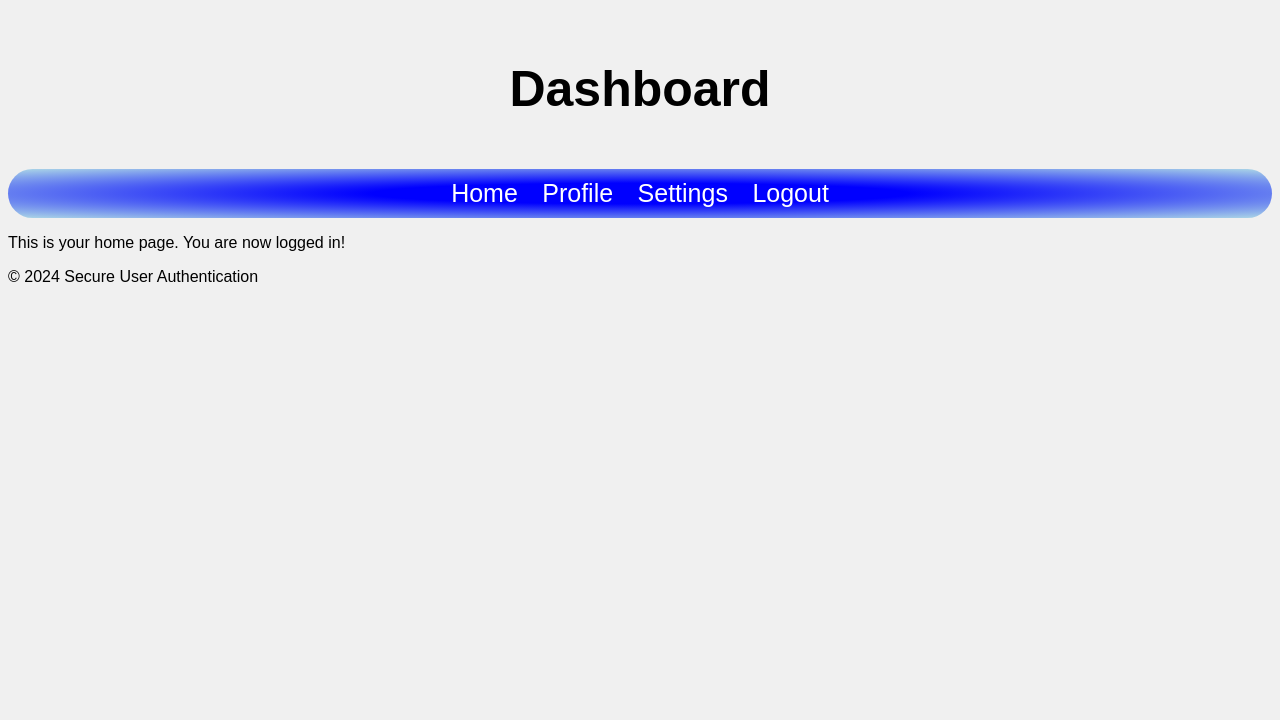
Repository: SriramulaNamithaReddy/Internship_projects
Page: http://localhost/home
These files come from the project's save history. The page is drawn as it stood at one moment and after the next save; the edit follows.
The browser window is 1280 px wide. The pictures show the whole page.
The page is this project's Thymeleaf template; nobody is signed in. The template is opened directly, without the code that normally fills it, so the values that code supplies are empty.

Above is the page before, as saved 2024-10-12 07:30:25.

### SecureUserAuthentication/src/main/resources/templates/home.html
<!DOCTYPE html>
<html xmlns:th="http://www.thymeleaf.org">
<head>
    <meta charset="UTF-8">
    <title>Home Page</title>
    <style>
        body { font-family: Arial, sans-serif; background-color: #f0f0f0; }
        .container { width: 400px; margin: 100px auto; padding: 20px; background: white; border-radius: 8px; text-align: center; box-shadow: 0 0 10px rgba(0, 0, 0, 0.1); }
        button { padding: 10px 20px; background: #4CAF50; color: white; border: none; cursor: pointer; }
        button:hover { background: #45a049; }
        a {
			text-decoration: none;
			color: rgb(255, 255, 255);
		}
        a:hover {
			color: aqua;

			}
        .navbar{
			text-align: center;
			background:radial-gradient(rgb(0, 0, 255) 30%,lightblue);
	        border-radius:60px;
	        padding:10px;
		}
		.dashboard{
			text-align: center;
			padding: 10px;
			border-radius: 40px;

		}
		h2{
			font-size:50px ;
		}
		.navlink{

			padding: 0px 10px 0px 10px;
			font-size: 25px;
		}
		footer {
		    flex-grow: 0;
		    flex-shrink: 0;
		    flex-basis: auto;
		}
    </style>
</head>
<body>


    <nav>
		<div class="dashboard">
			<h2>Dashboard</h2>
		</div>
		<div class="navbar">
            <a class="navlink" th:href="@{/home}">Home</a>
            <a class="navlink" th:href="@{/profile}">Profile</a>
            <a class="navlink" th:href="@{/settings}">Settings</a>
            <a class="navlink" th:href="@{/logout}">Logout</a>
        </div>
    </nav>

    <main>

        <p>This is your home page. You are now logged in!</p>
    </main>

    <footer>
        <p>&copy; 2024 Secure User Authentication</p>
    </footer>
</body>
</html>

After the next save:
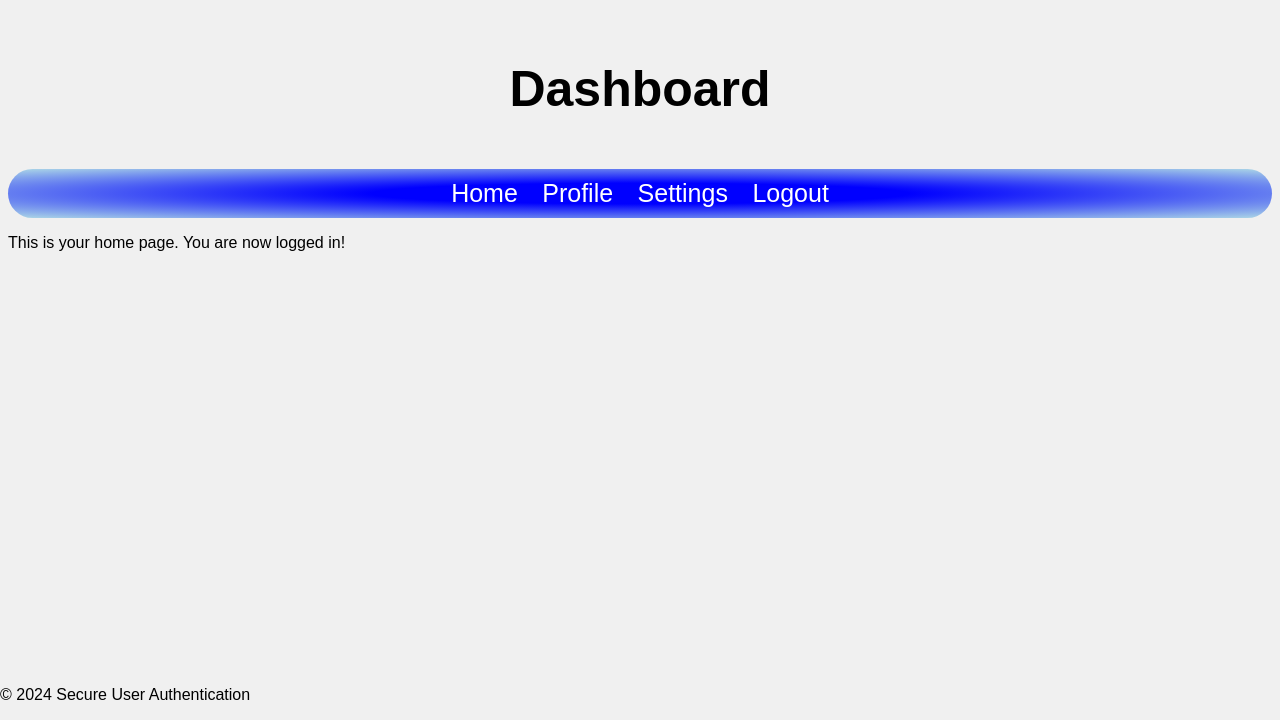
Saved 2 min 18 s later.
--- a/SecureUserAuthentication/src/main/resources/templates/home.html
+++ b/SecureUserAuthentication/src/main/resources/templates/home.html
@@ -40,6 +40,10 @@
 		    flex-grow: 0;
 		    flex-shrink: 0;
 		    flex-basis: auto;
+		    position: fixed;
+		    left: 0;
+		    bottom: 0;
+		    width: 100%;
 		}
     </style>
 </head>
